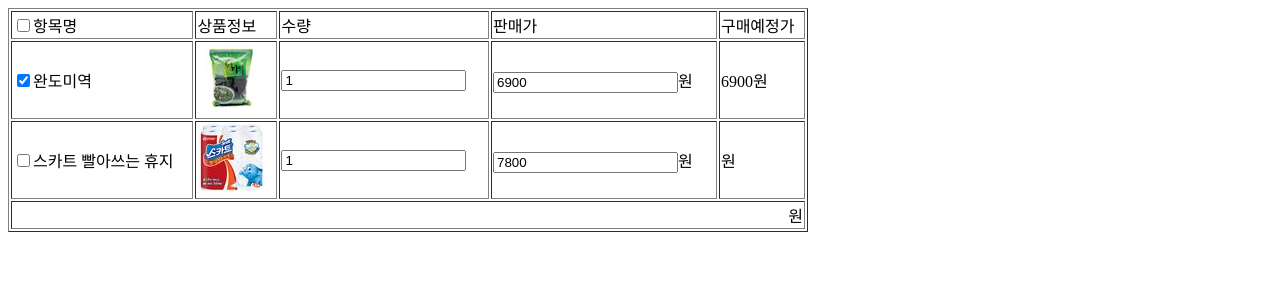
Repository: insunkang/JSP
Page: clientweb/WebContent/js_bom/js_check_exam.html
These files come from the project's save history. The page is drawn as it stood at one moment and after the next save; the edit follows.
The browser window is 1280 px wide. The pictures show the whole page.
After loading, the first visible `input[onclick="single()"]` was clicked once.

Above is the page before, as saved 2020-01-09 04:25:59.

After the next save:
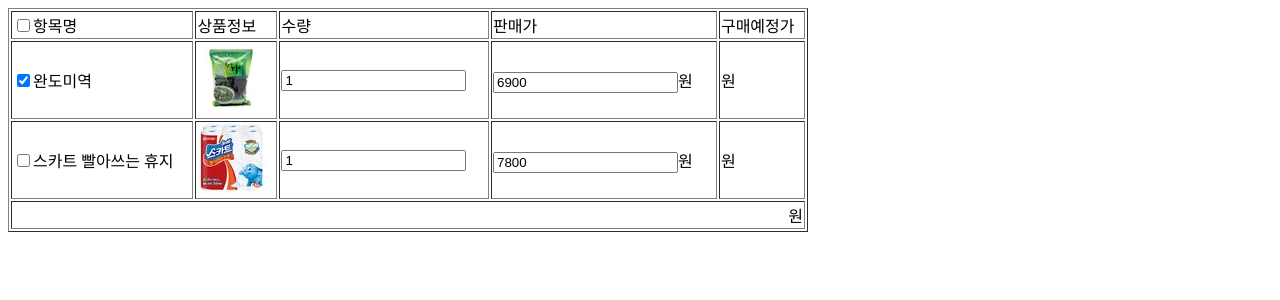
Saved 3 min 19 s later.
--- a/clientweb/WebContent/js_bom/js_check_exam.html
+++ b/clientweb/WebContent/js_bom/js_check_exam.html
@@ -20,7 +20,7 @@
 		myspan = document.getElementsByClassName("calcprice");
 		printVal="";
 		for(i=0;i<mycheck.length;i++){
-			if(mycheck[i].checked==true){
+			if(mycheck[i].on==true){
 				printVal= parseInt(myprice[i].value)*parseInt(mycount[i].value);
 				myspan[i].innerHTML = printVal;
 

After the save that followed:
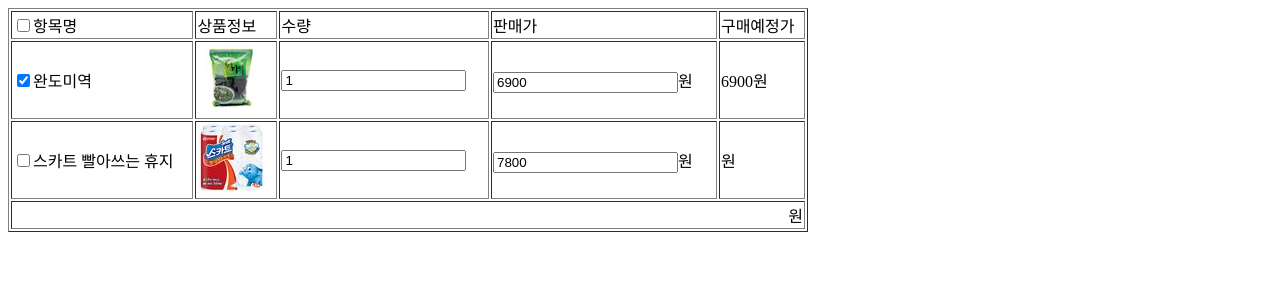
Saved 14 s later.
--- a/clientweb/WebContent/js_bom/js_check_exam.html
+++ b/clientweb/WebContent/js_bom/js_check_exam.html
@@ -20,7 +20,7 @@
 		myspan = document.getElementsByClassName("calcprice");
 		printVal="";
 		for(i=0;i<mycheck.length;i++){
-			if(mycheck[i].on==true){
+			if(mycheck[i].checked==true){
 				printVal= parseInt(myprice[i].value)*parseInt(mycount[i].value);
 				myspan[i].innerHTML = printVal;
 
